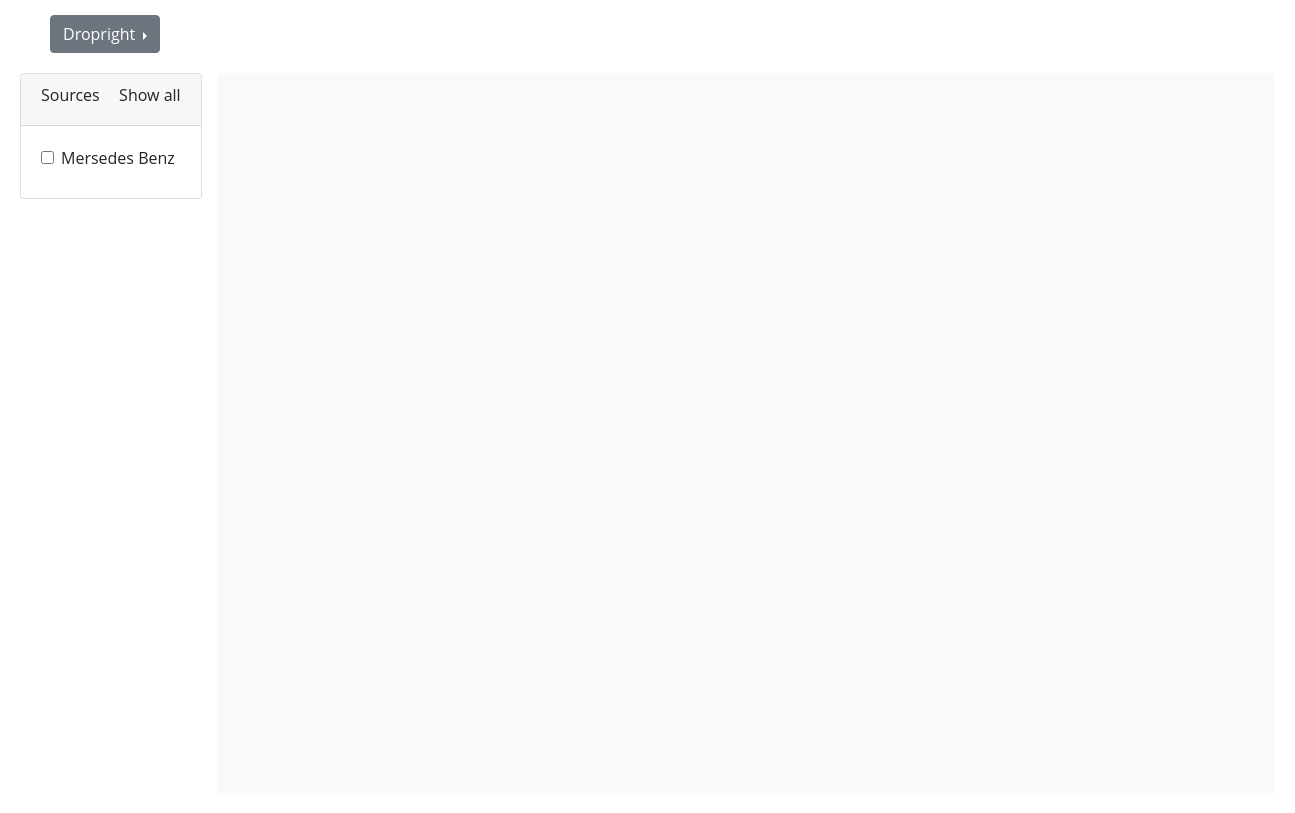
Repository: tts2610/GoogleNews
Page: index.html
The author's editor kept a copy of each file at every save. The page is drawn from the files as they stood at one save, then again after the next save.
The browser window is 1280 px wide. The page is 1295 px wide, so the pictures cover 1295 px, including what lies to the right of the window. The pictures show the whole page.
The page's requests for data from a server got no answer. Some web libraries are served in a nearby version.

Above is the page before, as saved 2020-05-21 01:24:19.

After the next save:
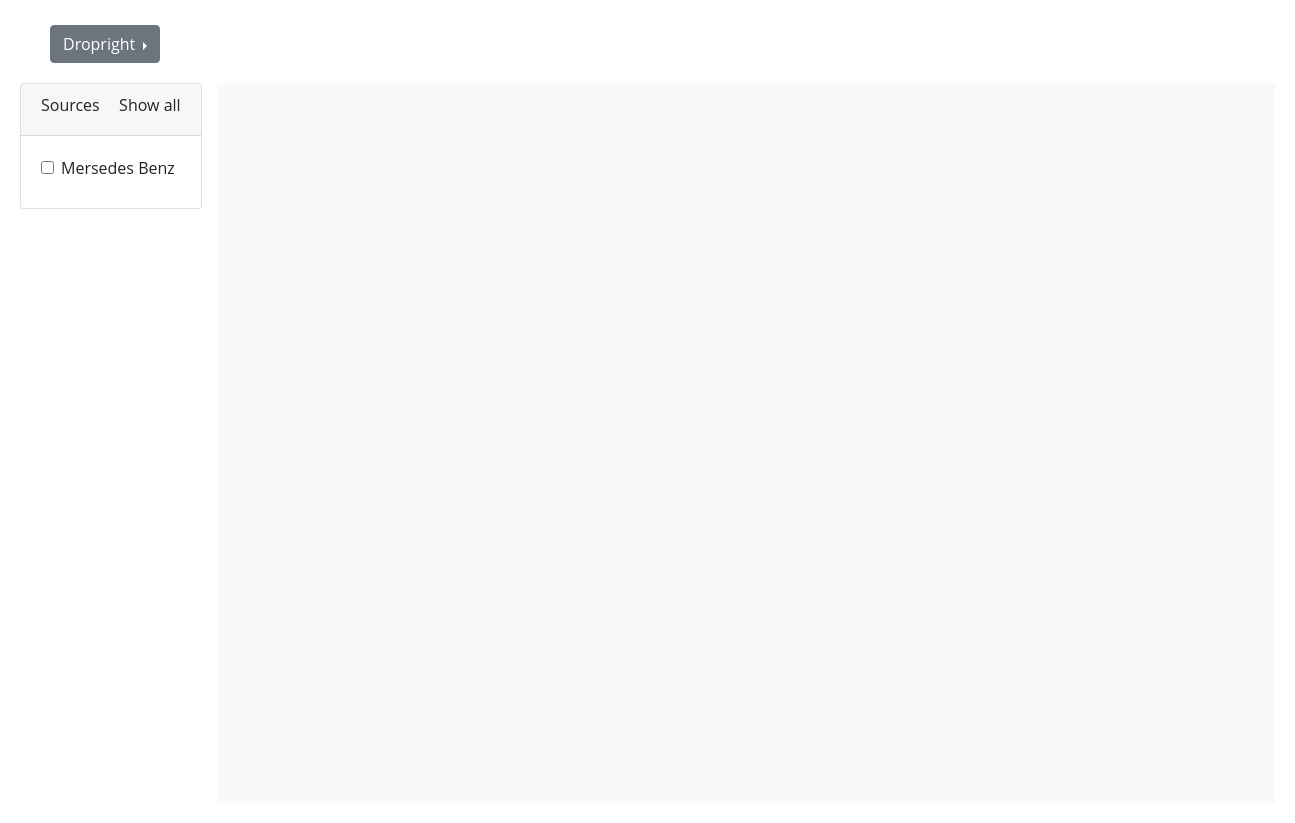
Saved 18 s later.
--- a/index.html
+++ b/index.html
@@ -25,7 +25,7 @@
 
 <body>
     <div class="myContainer">
-        <div class="btn-group dropright" style="margin-left: -450px; margin-top: 15px;">
+        <div class="btn-group dropright" style="margin-left: -450px; margin-top: 25px;">
             <button type="button" class="btn btn-secondary dropdown-toggle" data-toggle="dropdown" aria-haspopup="true" aria-expanded="false">
               Dropright
             </button>
